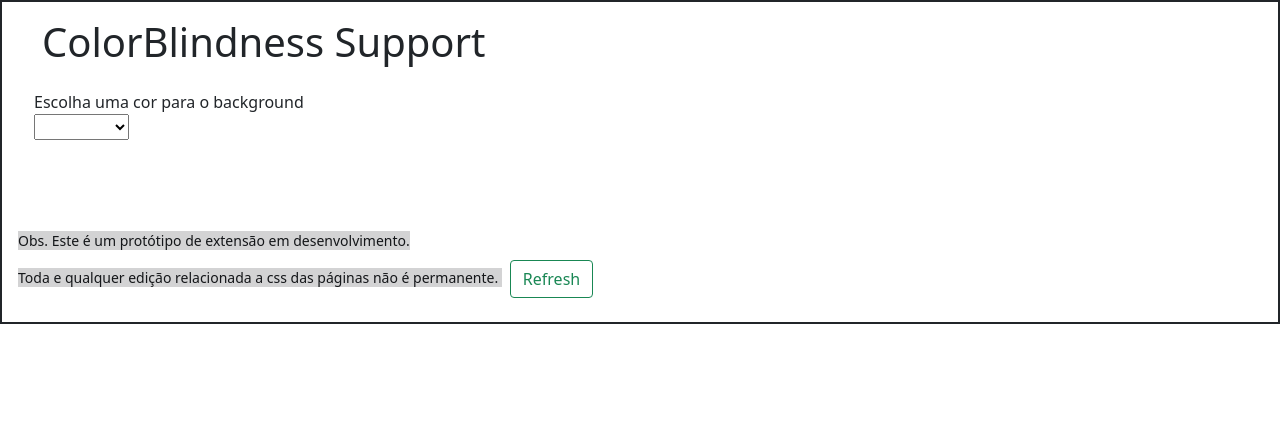
Repository: pedrosiqueira/daltonchrome
Page: popup.html
An editor plug-in stored every save of this project. The page is shown before and after the next save, followed by the edit.
The browser window is 1280 px wide. The pictures show the whole page.

Above is the page before, as saved 2022-06-17 13:22:15.

After the next save:
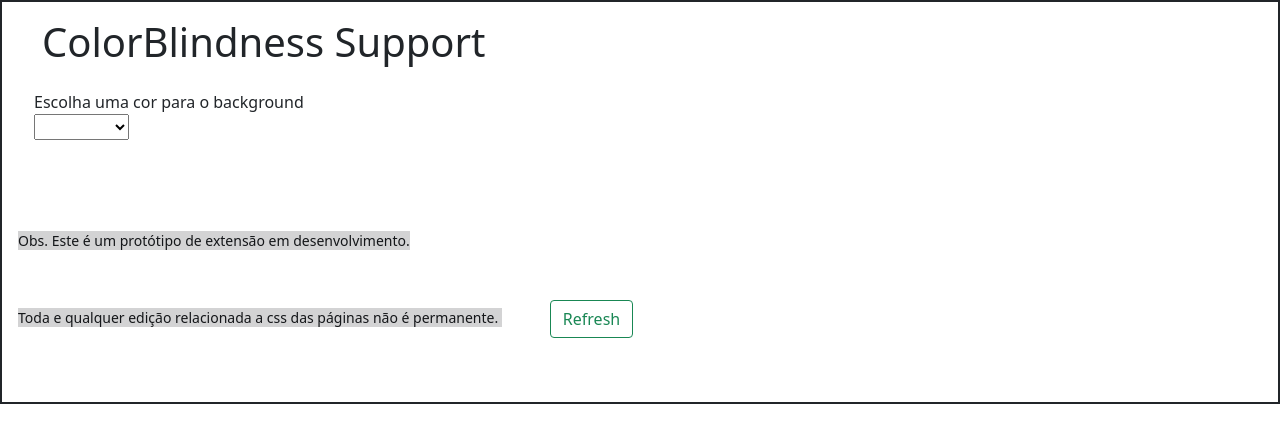
Saved 8 s later.
--- a/popup.html
+++ b/popup.html
@@ -35,7 +35,7 @@
     <alert id="alert" class="alert-dark form-text">Obs. Este é um protótipo de extensão em desenvolvimento.<br>
     Toda e qualquer edição relacionada a css das páginas não é permanente.
     </alert>
-    <button id="refresh" class="btn btn-outline-success m-2"type="button">
+    <button id="refresh" class="btn btn-outline-success m-5"type="button">
     Refresh
     </button>
 
